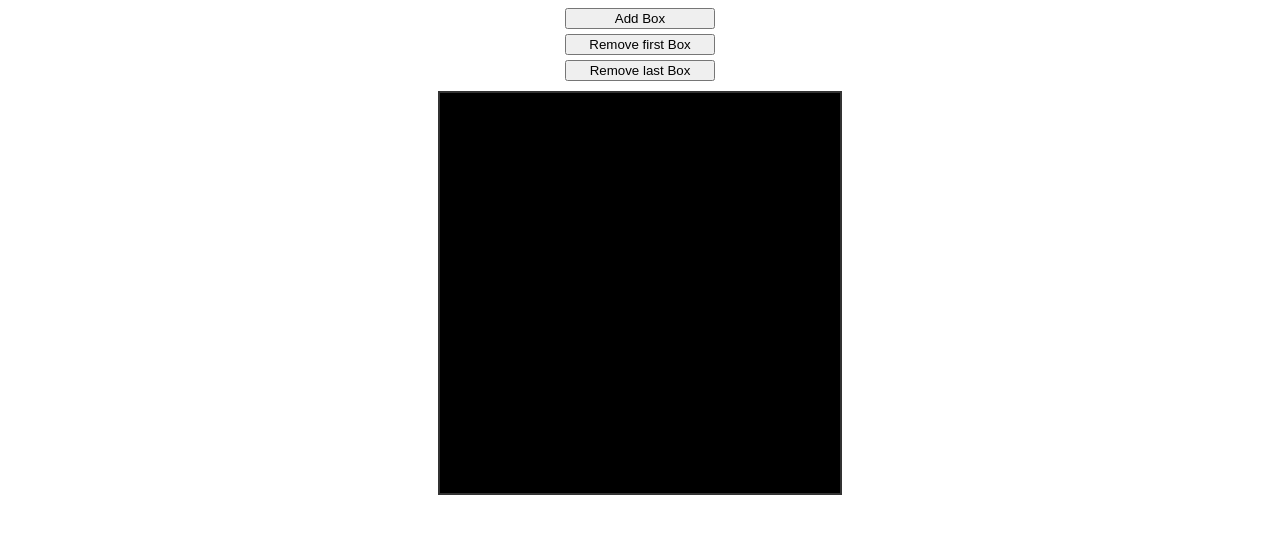
Repository: PankajSutharPersistent/vm-backup
Page: workspaceJavaScript/JSDemo/step-25.html
An editor plug-in stored every save of this project. The page is shown before and after the next save, followed by the edit.
The browser window is 1280 px wide. The pictures show the whole page.

Above is the page before, as saved 2016-12-30 09:04:58.

### workspaceJavaScript/JSDemo/step-25.html
<!doctype html>
<html lang="en">
<head>
	<meta charset="UTF-8" />
	<title>Document</title>
	<style type="text/css" media="screen">

		button{
			display: block;
			margin : 5px auto;
			width :150px
		}
		.box{
			background-color: #000000;
			height: 400px;
			width: 400px;
			border: 2px solid #333333;
			overflow: auto;
			margin:  auto;
			margin-top: 10px;

		}
	</style>
	<script type="text/javascript" charset="utf-8">


		document.addEventListener("DOMContentLoaded",function(){
			document.querySelectorAll("button")[0].addEventListener("click",addHandler);

			function addHandler(){

			}
		});
	</script>
</head>
<body>
	<button>Add Box</button>
	<button>Remove first Box</button>
	<button>Remove last Box</button>

	<div class="box">

	</div>
</body>
</html>

After the next save:
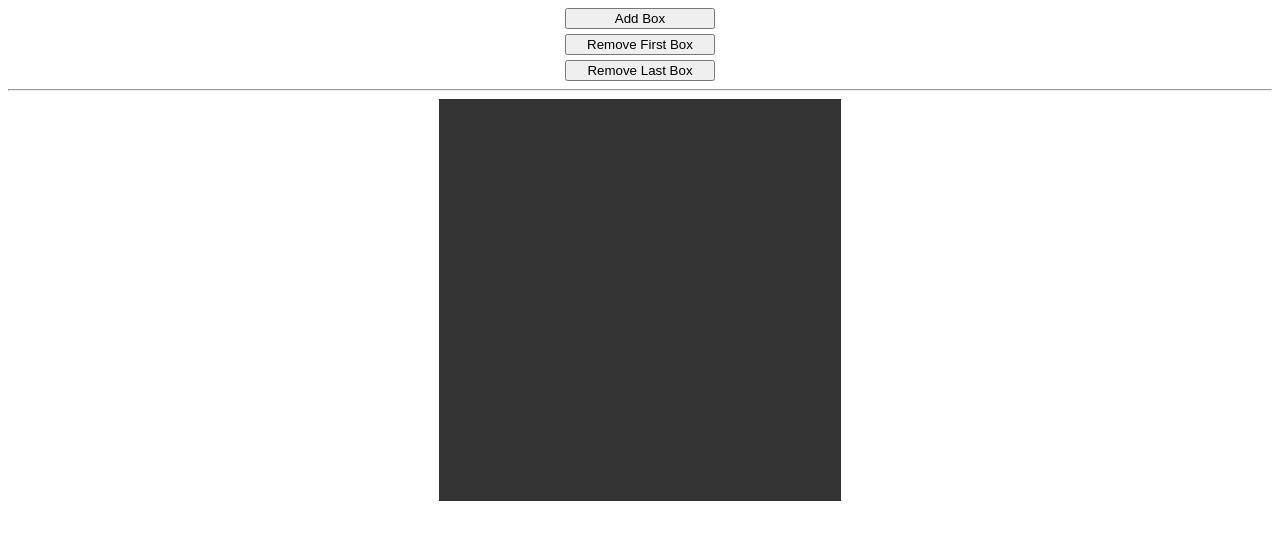
Saved 13 min 35 s later.
--- a/workspaceJavaScript/JSDemo/step-25.html
+++ b/workspaceJavaScript/JSDemo/step-25.html
@@ -3,43 +3,56 @@
 <head>
 	<meta charset="UTF-8" />
 	<title>Document</title>
-	<style type="text/css" media="screen">
-
-		button{
-			display: block;
-			margin : 5px auto;
-			width :150px
-		}
+	<style>
+	button{
+		display: block;
+		margin: 5px auto;
+		width: 150px
+	}
 		.box{
-			background-color: #000000;
+			background-color: #333333;
 			height: 400px;
 			width: 400px;
-			border: 2px solid #333333;
+			border: 1px solid #333333;
 			overflow: auto;
-			margin:  auto;
-			margin-top: 10px;
-
+			margin: auto;
+		}
+		.box div{
+			background-color: orangered;
+			height: 50px;
+			width: 50px;
+			margin: 5px;
+			float: right;
 		}
 	</style>
-	<script type="text/javascript" charset="utf-8">
-
-
-		document.addEventListener("DOMContentLoaded",function(){
-			document.querySelectorAll("button")[0].addEventListener("click",addHandler);
-
-			function addHandler(){
-
-			}
+	<script>
+		var count = 0;
+		document
+		.addEventListener("DOMContentLoaded",function(){
+			document.querySelectorAll("button")[0].addEventListener("click", addHandler)
+			document.querySelectorAll("button")[1].addEventListener("click", removeFirstHandler)
+			document.querySelectorAll("button")[2].addEventListener("click", removeLastHandler)
 		});
+		function addHandler(){
+			var elm = document.createElement("div");
+				elm.textContent = count++;
+			document.querySelector(".box").appendChild(elm);
+		}
+		function removeFirstHandler(){
+			var elm = document.querySelector(".box").firstChild;
+			document.querySelector(".box").removeChild(elm);
+		}
+		function removeLastHandler(){
+			var elm = document.querySelector(".box").lastChild;
+			document.querySelector(".box").removeChild(elm);
+		}
 	</script>
 </head>
 <body>
 	<button>Add Box</button>
-	<button>Remove first Box</button>
-	<button>Remove last Box</button>
-
-	<div class="box">
-
-	</div>
+	<button>Remove First Box</button>
+	<button>Remove Last Box</button>
+	<hr/>
+	<div class="box"></div>
 </body>
 </html>
